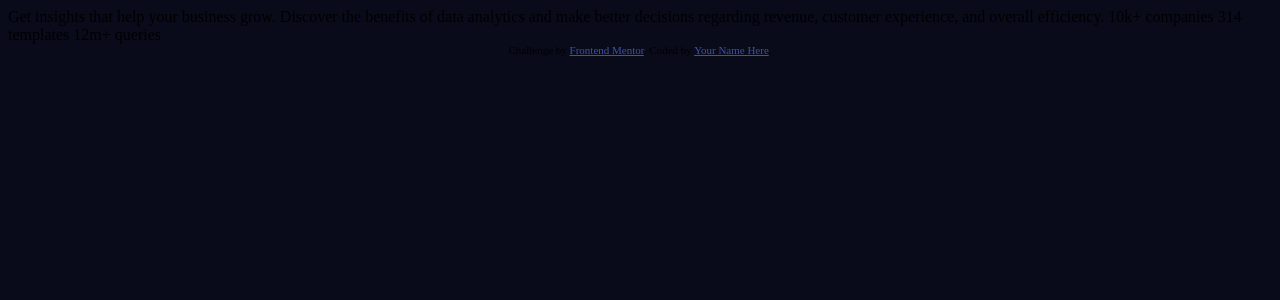
Repository: CaseySpurlock/stats-prewiew-component
Page: index.html
These files come from the project's save history. The page is drawn as it stood at one moment and after the next save; the edit follows.
The browser window is 1280 px wide. The pictures show the whole page.

Above is the page before, as saved 2021-06-20 23:35:28.

### index.html
<!DOCTYPE html>
<html lang="en">
<head>
  <meta charset="UTF-8">
  <meta name="viewport" content="width=device-width, initial-scale=1.0"> <!-- displays site properly based on user's device -->

  <link rel="icon" type="image/png" sizes="32x32" href="./images/favicon-32x32.png">

  <title>Frontend Mentor | Stats preview card component</title>

  <link rel="stylesheet" href="css/styles.css">

</head>
<body>

  Get insights that help your business grow.

  Discover the benefits of data analytics and make better decisions regarding revenue, customer
  experience, and overall efficiency.

  10k+ companies
  314 templates
  12m+ queries

  <div class="attribution">
    Challenge by <a href="https://www.frontendmentor.io?ref=challenge" target="_blank">Frontend Mentor</a>.
    Coded by <a href="#">Your Name Here</a>.
  </div>
</body>
</html>

### css/styles.css
body {
    background: hsl(233, 47%, 7%);
}

.attribution {
    font-size: 11px;
    text-align: center;
}
.attribution a {
    color: hsl(228, 45%, 44%);
}

After the next save:
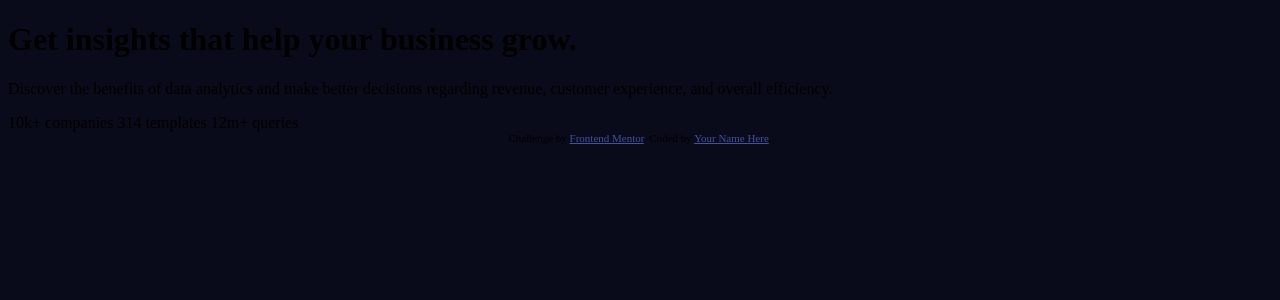
Saved 118 s later.
--- a/index.html
+++ b/index.html
@@ -12,12 +12,12 @@
 
 </head>
 <body>
+<div>
+  <h1>Get <span>insights</span> that help your business grow.</h1>
 
-  Get insights that help your business grow.
-
-  Discover the benefits of data analytics and make better decisions regarding revenue, customer
-  experience, and overall efficiency.
-
+  <p>Discover the benefits of data analytics and make better decisions regarding revenue, customer
+    experience, and overall efficiency.</p>
+</div>
   10k+ companies
   314 templates
   12m+ queries
